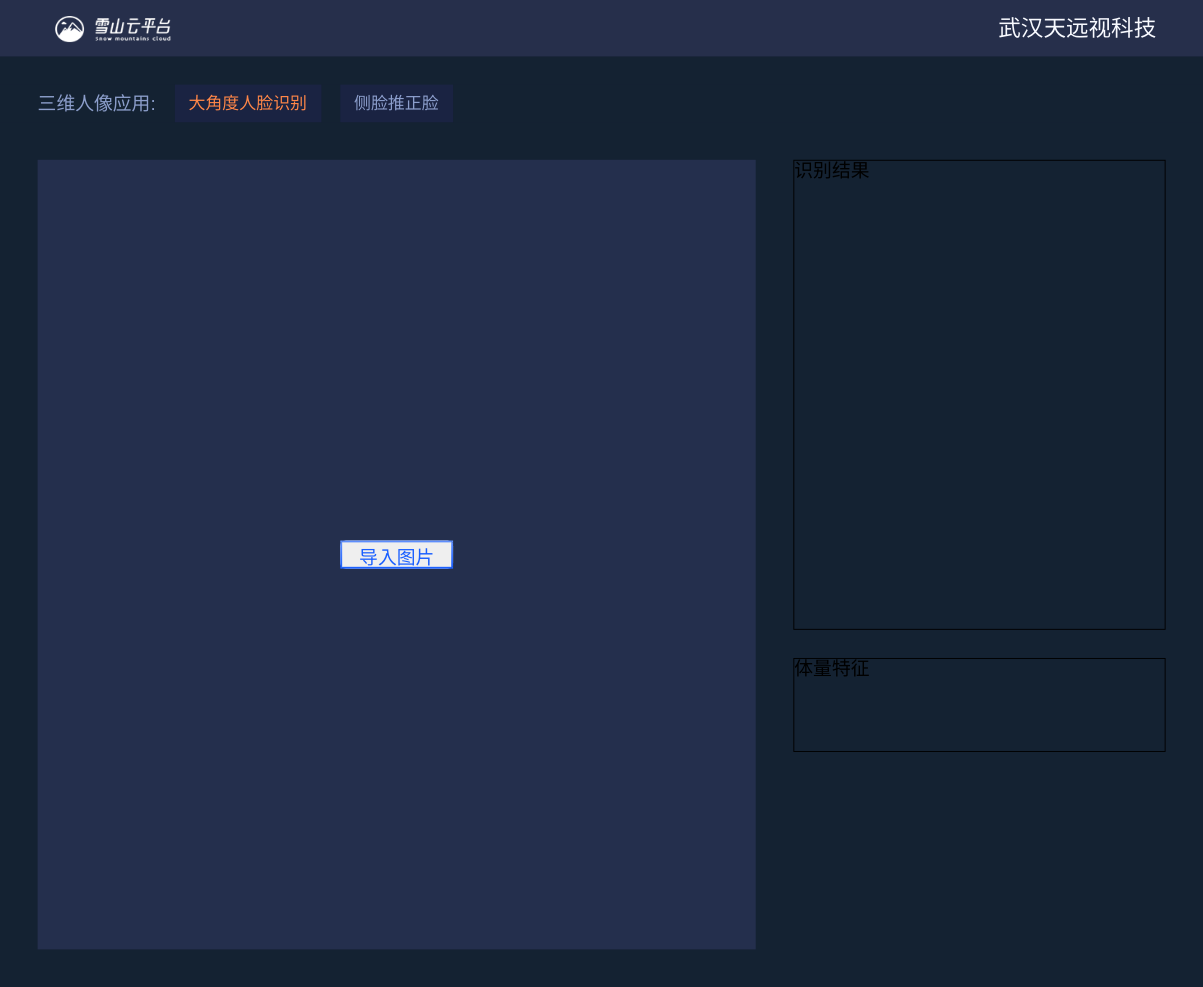
Repository: fyt2020/pubilcDemlo
Page: /
The author's editor kept a copy of each file at every save. The page is drawn from the files as they stood at one save, then again after the next save.
The browser window is 1280 px wide. The pictures show the whole page, at 94% of full size.
The project was rebuilt for these pictures with package versions that can differ from the ones it lists, and the page was loaded fresh each time.

Above is the page before, as saved 2020-04-28 11:04:56.

### index.html
<!DOCTYPE html>
<html>
  <head>
    <meta charset="utf-8">
    <meta name="viewport" content="width=device-width,initial-scale=1.0">
    <title>pubilcdemo</title>
    <script src="./static/config.js"></script>
    <script src="./static/main.js"></script>
  </head>
  <body>
    <div id="app"></div>
    <!-- built files will be auto injected -->
  </body>
</html>

### src/main.js
// The Vue build version to load with the `import` command
// (runtime-only or standalone) has been set in webpack.base.conf with an alias.
import Vue from 'vue'
import App from './App'
import router from './router'
import '@/assets/css/reset.css'
import axios from '@/plugins/axios';

Vue.config.productionTip = false
Vue.prototype.$http = axios;
/* eslint-disable no-new */
new Vue({
  el: '#app',
  router,
  components: { App },
  template: '<App/>'
})

### src/router/index.js
import Vue from 'vue'
import Router from 'vue-router'
import Home from '@/pages/Home'

Vue.use(Router)

export default new Router({
  linkExactActiveClass: "exactActive",
  linkActivesClass: "active",
  routes: [
    {
      path: '/',
      name: 'home',
      component: Home,
      meta:{
        needTooken:false
      },
      redirect:'/bigAngle',
      children:[
        {
          path: 'bigAngle',
          name: 'bigAngle',
          component: () => import("@/pages/bigAngle"),
          meta:{
            needTooken:false
          },

        },
        {
          path: 'face',
          name: 'face',
          component: () => import("@/pages/face"),
          meta:{
            needTooken:false
          },

        }

      ]
    }
  ]
})

### src/assets/css/reset.css
@charset "UTF-8";
/**
 * @desc pc端常用reset.css
 * @author archer
 * @date 2018-08-26
 */
html,body,div,p,ul,li,dl,dt,dd,em,i,span,a,img,input,h1,h2,h3,h4,h5,nav,section,footer,header,table,tr,th,td,ul,li{margin:0;padding:0;box-sizing: border-box;}
h1,h2,h3,h4,h5,h6{font-weight:normal}
i,em,b{font-style:normal}
article,aside,details,figcaption,figure,footer,header,menu,nav,section {display: block;}
a,img,input {border:none;}
a {text-decoration:none;}
a:hover, a:active {outline: none;}
ul,li{list-style: none}
button,input,select,textarea{font-size:100%;outline:none}
table{border-collapse:collapse;border-spacing:0}
html, body {width: 100%;height: 100%;}
body{font-family:"Helvetica Neue",Helvetica, Arial,sans-serif; font-size: 14px;line-height:1}

### src/pages/Home.vue
<template>
  <div class="home">
      <div class="header">
           <div class="header__left">
                <img src="../assets/img/logo1.png" alt="" class="logo_img">

           </div>
           <div class="header__right">
                <span>武汉天远视科技</span>
           </div>
      </div>
      <div class="navigation">
            <span class="navigation__title">三维人像应用:</span>
            <router-link tag="li" :to="{name:'bigAngle'}" class="navigation__item">大角度人脸识别</router-link>
            <router-link tag="li" :to="{name:'face',params:{id:'self'}}" class="navigation__item">侧脸推正脸</router-link>
      </div>

      <div class="content">
         <router-view />
      </div>

  </div>
</template>

<script>
export default {
  data() {
    return {};
  },
  computed: {},
  created() {

  },
  mounted() {

  },
  methods: {

  },
  components: {}
};
</script>

<style lang="scss" scoped>
@import "~@/assets/css/home.scss";
</style>

### src/pages/bigAngle.vue
<template>
  <div class="bigAngle">
    <div class="bigAngle__left">
      <div class="left__top">
        <img :src="uploadImgUrl" alt class="uploadImg" v-if="uploadImgUrl" />
        <img
          src="../assets/img/delete.png"
          alt
          class="delete__img"
          v-show="closeKey"
          @click="close"
        />
        <button class="btn" @click="uploadFile2" v-if="btnKey">
          导入图片
          <form
            name="fileList"
            id="fileList"
            action="uploadURL"
            method="POST"
            enctype="multipart/form-data"
            class="file"
          >
            <input
              type="file"
              hidden
              @change="beforeUploadFile2($event)"
              id="upload_file2"
              class="file-inp"
            />
          </form>
        </button>
      </div>
      <!-- <div class="left__bottom">
        <span class="left__bottomT">识别目标</span>
        <ul class="recg__box">
          <li class="recg__item" v-for="item in angleImg" :key="item.id">
            <img :src="item.src" alt class="recg__itemImg"/>
          </li>
        </ul>
      </div> -->
    </div>
    <div class="bigAngle__right">
      <div class="right__top">
        <span class="right__topT">识别结果</span>
        <div id="WebGL-output"></div>
        <ul class="info__box" v-if="infoObj.collectNo">
          <li class="info__item">
            <span class="info__iteml">采集编号:</span>
            <span class="info__itemr">{{infoObj.collectNo}}</span>
          </li>
          <li class="info__item">
            <span class="info__iteml">性别:</span>
            <span class="info__itemr">{{infoObj.sex}}</span>
          </li>
          <li class="info__item">
            <span class="info__iteml">证件号:</span>
            <span class="info__itemr">{{infoObj.idNo}}</span>
          </li>
          <li class="info__item">
            <span class="info__iteml">采集时间:</span>
            <span class="info__itemr">{{infoObj.time}}</span>
          </li>
        </ul>
      </div>
      <div class="right__bottom">
           <span class="right__topT">体量特征</span>
           <ul class="tl__box" v-if="charData.length>0">
               <li class="tl__item" v-for="item in charData" :key="item.value">
                   <span class="tl__iteml same">{{item.title}}</span>
                   <span class="tl__itemr same">{{item.value}}</span>
               </li>
           </ul>
      </div>
    </div>
  </div>
</template>

<script>
import axios from 'axios'
export default {
  props: {},
  data() {
    return {
      btnKey: true,
      uploadImgUrl: "",
      closeKey: false,
      camera: null,
      renderer: null,
      boxHelper: null,
      animationId: null,
      modelObj: null,
      scene: null,
      infoObj: {
          collectNo:'',
          sex:'',
          time:'',
          idNo:''
      },
      charData:[],
      angleImg:[],

      source: 0
    };
  },
  computed: {},
  created() {},
  mounted() {},
  watch: {},
  methods: {
    close() {
      console.log($('#WebGL-output'))
      $('#WebGL-output').empty();
      this.uploadImgUrl = "";
      this.closeKey = false;
      this.btnKey = true;
      this.angleImg = [];
      this.charData =[];
      this.infoObj = {
          collectNo:'',
          sex:'',
          time:'',
          idNo:''
      },
      this.removeEntity(this.modelObj);
    },
    uploadFile2() {
      let file = document.getElementById("upload_file2");
      file.click();
    },
    beforeUploadFile2(e) {
      let VM = this;
      let files = e.target.files[0];
      let nameArr = e.target.files[0].name.split(".");
      let len = nameArr.length;
      let startName = e.target.files[0].name.split(".")[0];
      let endName = nameArr[len - 1];
      if (
        endName != "jpg" &&
        endName != "png" &&
        endName != "jpeg" &&
        endName != "JPG" &&
        endName != "PNG" &&
        endName != "JPEG"
      ) {
        VM.$Message.error(`上传图片格式不是jpg或png!`);
        return;
      }
      if (!files) {
        return;
      }
      this.btnKey = false;
      this.closeKey = true;
      let reader = new FileReader();
      reader.onloadend = function() {
        VM.uploadImgUrl = reader.result;
      };
      reader.readAsDataURL(files);
      this.angleImg = [{id:Math.floor(Math.random*100),src:`../../static/data/${startName}/${startName}_angle.jpg`}];
      this.INIT(400, 400, startName);
      this.getInfo(startName);
    },

    INIT(width, height, name) {
      let VM = this;
      //场景构建
      VM.scene = new THREE.Scene();
      //相机构建
      VM.camera = new THREE.PerspectiveCamera(45, width / height, 0.1, 2000); //四个参数 视场角 方向 最近距 最远距  fov对应着图中的视角，是上下两面的夹角。aspect是近平面的宽高比。
      // camera.lookAt( new THREE.Vector3(0, 0, 0));
      //渲染器构建
      VM.renderer = new THREE.WebGLRenderer({
        antialias: true
      });

      //设置背景颜色
      VM.renderer.setClearColor(0x484b5f);
      //三个参数 width height updateStyle第三个选填
      VM.renderer.setSize(width, height);
      //激活阴影
      VM.renderer.shadowMapEnabled = true;
      //添加材质灯光阴影
      var ambiColor = "ffffff";
      var ambientLight = new THREE.AmbientLight(ambiColor);
      VM.scene.add(ambientLight);

      //添加坐标系
      // var axes = new THREE.AxisHelper(100);
      // scene.add(axes);

      //添加网格
      // var helper = new THREE.GridHelper( 1000, 50 ,0x0000ff, 0xff8080);
      // scene.add(helper);
      VM.boxHelper = new THREE.BoxHelper();

      var controls = new THREE.OrbitControls(VM.camera, VM.renderer.domElement);
      //controls.target = new THREE.Vector3(0, 0, 0);
      // 使动画循环使用时阻尼或自转 意思是否有惯性
      controls.enableDamping = true;
      //动态阻尼系数 就是鼠标拖拽旋转灵敏度
      controls.dampingFactor = 0.25;
      //是否可以缩放
      controls.enableZoom = true;
      //是否自动旋转
      controls.autoRotate = false;
      //设置相机距离原点的最近距离
      //controls.minDistance = 200;
      //设置相机距离原点的最远距离
      //controls.maxDistance = 600;
      //是否开启右键拖拽
      controls.enablePan = true;
      //上下旋转范围
      controls.minPolarAngle = 0;
      controls.maxPolarAngle = Math.PI * (90 / 180);
      //左右旋转范围
      controls.minAzimuthAngle = -Math.PI * (60 / 180);
      controls.maxAzimuthAngle = Math.PI * (60 / 180);

      controls.panSpeed = 0.2;
      controls.rotateSpeed = 0.1;
      //模型
      var onProgress = function(xhr) {
        // if (xhr.lengthComputable) {
        //   //可计算的长度
        //   var percentCompvare = (xhr.loaded / xhr.total) * 100; //加载程度百分比
        //   var elem = document.getElementById("myBar");
        //   var width = parseInt(percentCompvare);
        //   elem.style.width = width + "%";
        //   $(".loading").text("正在下载:" + parseInt(percentCompvare) + "%");
        // }
      };
      var onError = function(xhr) {
        // $(".loading")
        //   .show()
        //   .text("下载失败");
        return;
      };

      var modelPath = `../../static/data/${name}`;
      var objLoader = new THREE.OBJLoader2();
      var callbackOnLoad = function(event) {
        VM.modelObj = event.detail.loaderRootNode;
        VM.modelObj.name = `${name}`;
        VM.modelObj.scale.set(1.9, 1.9, 1.9);
        VM.modelObj.children[0].geometry.computeBoundingBox();
        VM.modelObj.rotation.x = THREE.Math.degToRad(-88);
        VM.modelObj.children[0].geometry.center();
        VM.boxHelper.setFromObject(VM.modelObj);
        let center = VM.boxHelper.geometry.boundingSphere.center;
        let radius = VM.boxHelper.geometry.boundingSphere.radius;
        let cameraPos = new THREE.Vector3(
          center.x + VM.modelObj.position.x,
          center.y + VM.modelObj.position.y,
          radius * 2.2 + center.z + VM.modelObj.position.z
        );
        let lookPos = new THREE.Vector3(
          center.x + VM.modelObj.position.x,
          center.y + VM.modelObj.position.y,
          center.z + VM.modelObj.position.z
        );
        VM.camera.position.copy(cameraPos);
        controls.target = lookPos;
        VM.camera.lookAt(lookPos);
        VM.scene.add(VM.modelObj);
      };
      let typeObj = VM.source == "1" ? "textured" : "cut";
      objLoader.loadMtl(modelPath + `/${typeObj}_mesh.mtl`, null, function(
        materialCreator
      ) {
        materialCreator[`${typeObj}_mesh`].opacity = 1; // new THREE.Color(1,1,1)
        objLoader.setMaterials(materialCreator);
        objLoader.setLogging(true, true);
        objLoader.load(
          modelPath + `/${typeObj}_mesh.obj`,
          callbackOnLoad,
          onProgress,
          onError,
          null,
          false
        );
      });
      VM.camera.lookAt(VM.scene.position);
      //在页面上添加渲染器，dom元素
      $("#WebGL-output").append(VM.renderer.domElement);
      renderScene();
      VM.getModelTxt(name);
      function renderScene() {
        var clock = new THREE.Clock();
        var delta = clock.getDelta(); //三角点
        controls.update();
        VM.camera.updateProjectionMatrix();
        VM.animationId = requestAnimationFrame(renderScene); //请求动画框架
        VM.renderer.render(VM.scene, VM.camera);
      }
    },
    clearRenderer() {
      let VM = this;
      VM.renderer.dispose();
      VM.renderer.forceContextLoss();
      VM.renderer.context = null;
      VM.renderer.domElement = null;
      VM.renderer = null;
    },
    getModelTxt(name) {
      let VM = this;
      let id = new Date().getTime();
      let params = {
        headers: {
          "Content-Type": "text/plain;charset=utf-8"
        },
        responseType: "text/json",
        inCharset: "utf-8",
        outCharset: "utf-8",
        timeout: 30000,
        random: id
      };
      axios
        .get(
          `../../static/data/${name}/face_points_distance.txt`,
        )
        .then(function(res) {
            let newData = res.data.split("\r\n");
            let len = newData.length;
            for (var i = 0; i < len; i++) {
              let obj = {};
              if (newData[i]) {
                let k = newData[i].split(":")[0];
                let v = newData[i].split(":")[1];
                obj['title'] = k;
                obj['value'] = v;
              }
              VM.charData.push(obj)
            }
        })
        .catch(function(error) {
          console.log(error);
        });
    },
    getInfo(name) {
      let VM = this;
      this.$http.api
        .get(`../../static/data/${name}/${name}.json`)
        .then(function(res) {
          if (res.data.code === 0) {
            let data = res.data.result;
            VM.infoObj = data
          }
        })
        .catch(function(error) {
          console.log(error);
        });
    },
    //移除模型
    removeEntity(object) {
      let selectedObject = this.scene.getObjectByName(object.name);
      // console.log('renderer.renderLists',this.renderer.renderLists)
      selectedObject.traverse(function(item) {
        if (item instanceof THREE.Mesh) {
          item.geometry.dispose(); //删除几何体
          //item.material.dispose(); //删除材质
          if (Array.isArray(item.material)) {
            item.material.forEach(function(i) {
              i.dispose(); //删除材质
            });
          } else {
            item.material.dispose();
          }
        }
      });
      this.scene.remove(selectedObject);
      this.renderer.dispose();
      this.renderer.clear();
      this.renderer.renderLists.dispose();
      this.modelObj = null;
      THREE.Cache.clear();
    }
  },
  beforeDestroy() {},
  components: {}
};
</script>

<style scoped lang="scss">
@import "@/assets/css/bigAngle.scss";
</style>

### src/assets/css/home.scss

@import "@/assets/css/func.scss";
.home{
    font-size: 20px;
    width: 100vw;
    height: 100vh;
    background-color: #142232;
    .header{
        width: 100%;
        height: 60px;
        background-color: #262f4b;
        display: flex;
        align-items: center;
        color:  #f8faff;;
        justify-content: space-between;
        padding: 0 50px;
        font-size: 24px;
        .header__left{
            height: 100%;
            display: flex;
            align-items: center;
            .logo_img{
                width: 141px;
                height: 35px;
            }
        }
        .header__right{
            height: 100%;
            display: flex;
            align-items: center;
        }
    }
    .navigation{
        width: 100%;
        height: 40px;
        display: flex;
        align-items: center;
        box-sizing: border-box;
        background-color: #142232;
        color:  #8c9ecb;
        padding: 0 40px;
        margin-top: 30px;
        .navigation__title{
            margin-right: 20px;
        }
        &__item{
            height: 40px;
            line-height: 40px;
            box-sizing: border-box;
            padding: 0 15px;
            margin-right: 20px;
            font-size: 18px;
            color: #8c9ecc;
            background-color:  #1a2342;
        }
        &__item.exactActive{
             display: flex;
             color: #ff8748;
            //  background: url('#{$img}/qhbtn.png') no-repeat center;
             background-size: 100% 100%;

        }
    }
    .content{
        // height: calc(100% - 120px);
        width: 100%;
        padding: 40px;
        background-color: #142232;
    }
}

### src/assets/css/func.scss
// @function px2Rem($px, $base-font-size: 19.2px) {
//     @if (unitless($px)) { //有无单位
//       @return ($px / 19.2) * 1rem;
//     } @else if (unit($px) == em) {
//       @return $px;
//     }
//     @return ($px / $base-font-size) * 1rem;
// }

$img:"../../assets/img";

### src/assets/css/bigAngle.scss
.bigAngle{
     display: flex;
     width: 100%;
     height: 100%;
     .bigAngle__left{
        width: 994px;
        height: 840px;
        margin-right: 40px;
        display: flex;
        flex-direction: column;
        background-color: #242f4d;
        .left__top{
             width: 100%;
             height: 100%;
            //  margin-bottom: 20px;
             display: flex;
             align-items: center;
             justify-content: center;
             position: relative;
             .uploadImg{
                height: 100%;
             }
             .delete__img{
                position: absolute;
                width: 36px;
                height: 36px;
                right: 20px;
                top:20px;
                transition: all 0.1 linear;
                z-index: 2100;
                cursor: pointer;
             }
             .btn{
                 position: absolute;
                 outline: none;
                 border-style: solid;
                 border-width: 2px;
                 border-image-source: linear-gradient(0deg,#1a5fff 0%, #5f8ffd 100%);
                 border-image-slice: 1;
                 width: 120px;
                 height: 30px;
                 line-height: 30px;
                 color: #1a5fff;
                 border-radius: 6px;
                 z-index: 9999;
             }
        }
        .left__bottom{
            width: 100%;
            height: 15%;
            border: 1px solid black;
            .left__bottom{

            }
            .recg__box{

                display: flex;
                align-items: center;
                justify-content: flex-start;
                .recg__item{
                    width: 100px;
                    height: 100px;
                    .recg__itemImg{

                        height: 100%;
                    }
                }
            }
        }
     }
     .bigAngle__right{
        width: 33%;
        height: 100%;


        .right__top{
            border: 1px solid black;
            width: 100%;
            height: 500px;
            position: relative;
            margin-bottom: 30px;
            .right__topT{

            }
            #WebGL-output{
                width: 400px;
                height: 400px;
            }
            .info__box{
                position: absolute;
                right: 0;
                bottom: 0;
                width: 300px;
                height: 200px;
                background-color: black;
                display: flex;
                flex-direction: column;

                color: blanchedalmond;


            }
        }
        .right__bottom{

            border: 1px solid black;
            width: 100%;
            height: 100px;
            .right__topT{

            }
            .tl__box{
                display: flex;

                .tl__item{



                 .same{




                 }
                 .tl__iteml{

                 }
                 .tl__itemr{

                 }
                }
            }


        }

     }
}

### static/config.js
window.BASEURL = {
     type:'id',

     imgUrl__collectNo:'srlp1576136811447'
};

Loaded but not shown: src/App.vue (common file); src/plugins/axios.js (library)

After the next save:
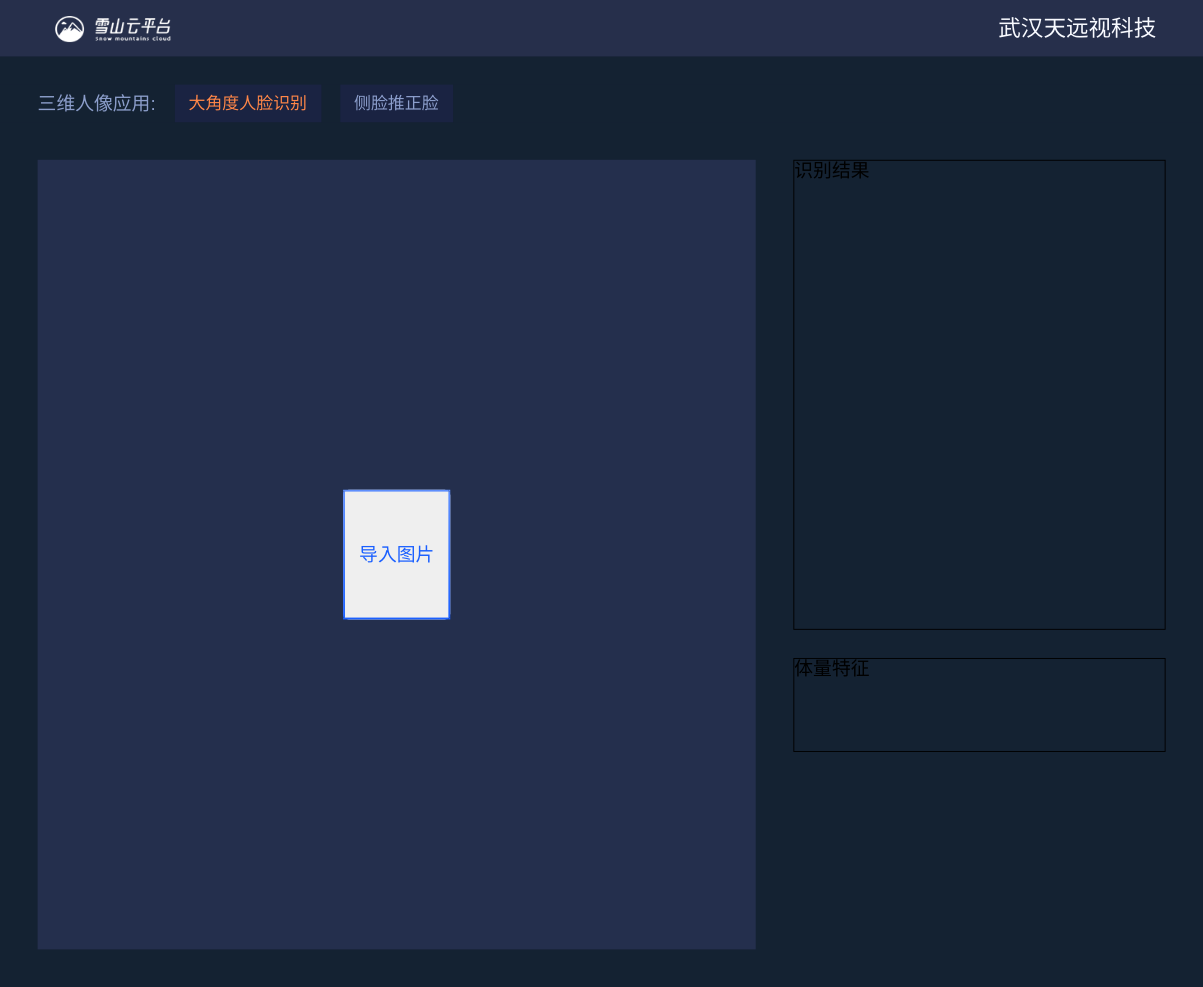
Saved 34 s later.
--- a/src/assets/css/bigAngle.scss
+++ b/src/assets/css/bigAngle.scss
@@ -37,8 +37,8 @@
                  border-width: 2px;
                  border-image-source: linear-gradient(0deg,#1a5fff 0%, #5f8ffd 100%);
                  border-image-slice: 1;
-                 width: 120px;
-                 height: 30px;
+                 width: 114px;
+                 height: 138px;
                  line-height: 30px;
                  color: #1a5fff;
                  border-radius: 6px;
